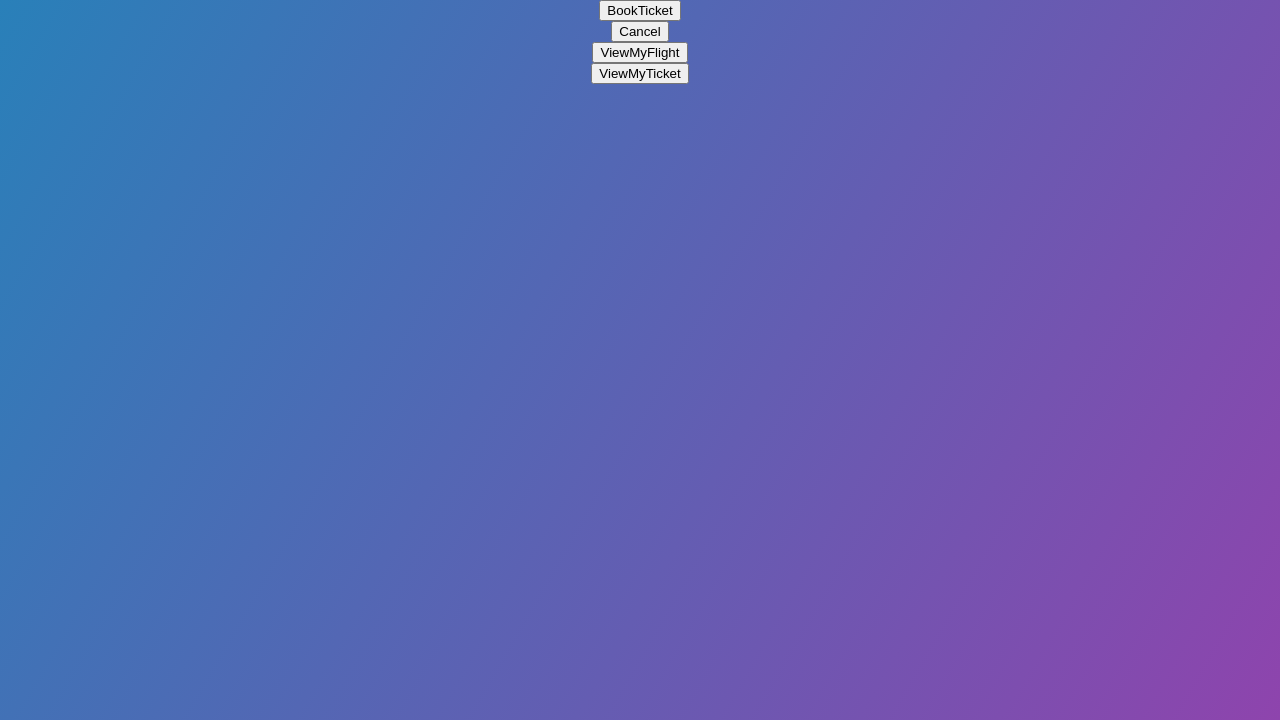
Repository: kalpesh3070/backend2
Page: flyaway/src/main/webapp/main.html
The author's editor kept a copy of each file at every save. The page is drawn from the files as they stood at one save, then again after the next save.
The browser window is 1280 px wide. The pictures show the whole page.

Above is the page before, as saved 2022-11-14 16:11:07.

After the next save:
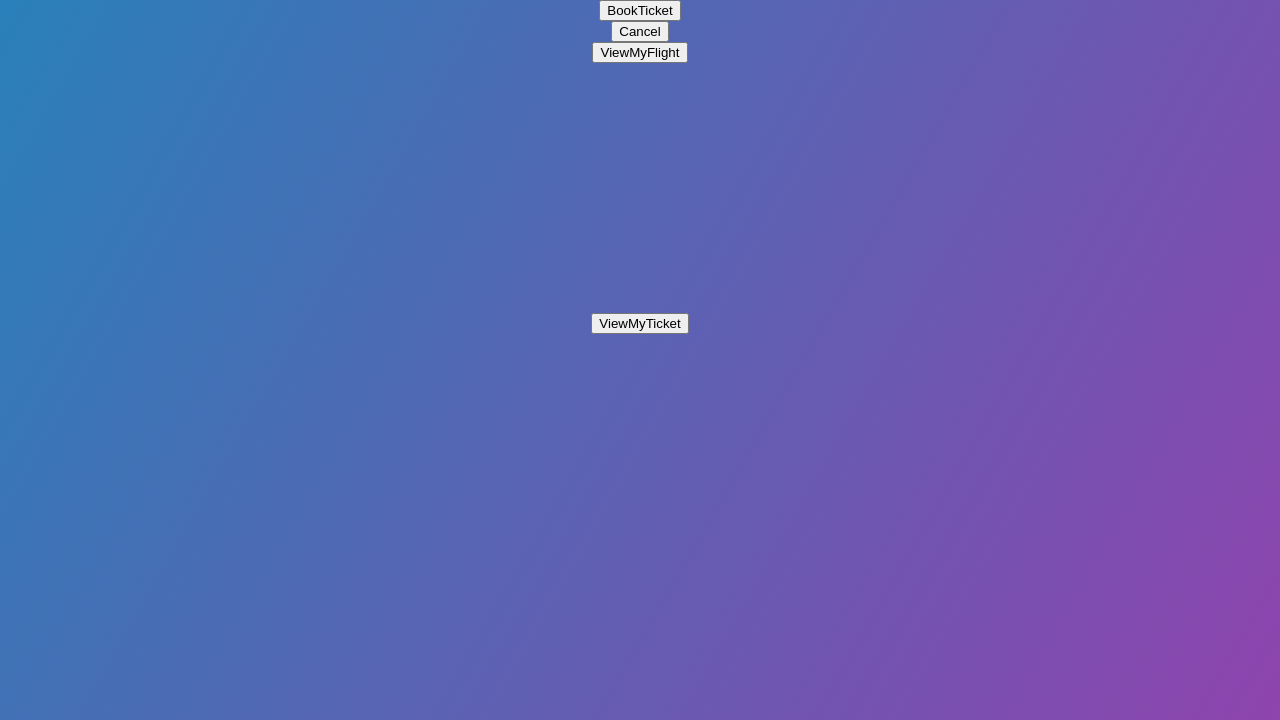
Saved 8 s later.
--- a/flyaway/src/main/webapp/main.css
+++ b/flyaway/src/main/webapp/main.css
@@ -8,7 +8,7 @@ height: 100vh;
 overflow:hidden;
 }
 
-body.ticket{
+.ticket{
 	width : 100%;
 	margin:250px auto;
 	size: 500px;
